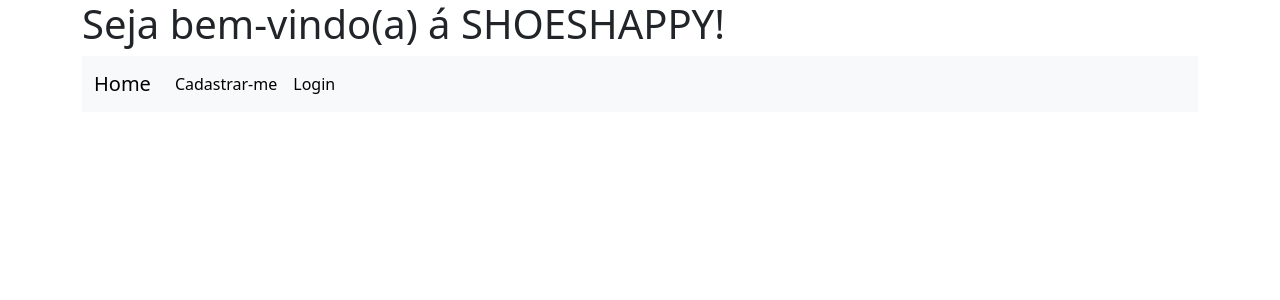
Repository: DianeMascarello/Uc09Senai
Page: http://localhost/SA3Uc09/
An editor plug-in stored every save of this project. The page is shown before and after the next save, followed by the edit.
The browser window is 1280 px wide. The pictures show the whole page.
The page is served by Tomcat 10.

Above is the page before, as saved 2023-08-14 01:38:39.

After the next save:
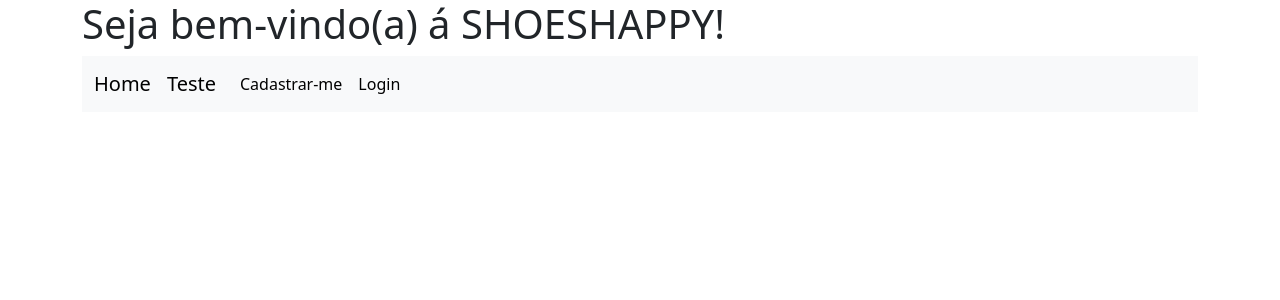
Saved 53 s later.
--- a/SA3Uc09/src/main/webapp/index.jsp
+++ b/SA3Uc09/src/main/webapp/index.jsp
@@ -26,6 +26,13 @@
 					aria-label="Toggle navigation">
 					<span class="navbar-toggler-icon"></span>
 				</button>
+					<a class="navbar-brand" href="#">Teste</a>
+				<button class="navbar-toggler" type="button"
+					data-bs-toggle="collapse" data-bs-target="#navbarSupportedContent"
+					aria-controls="navbarSupportedContent" aria-expanded="false"
+					aria-label="Toggle navigation">
+					<span class="navbar-toggler-icon"></span>
+				</button>
 		<div class="collapse navbar-collapse" id="navbarSupportedContent">
 			<ul class="navbar-nav me-auto mb-2 mb-lg-0">
 				<li class="nav-item"><a class="nav-link active"
